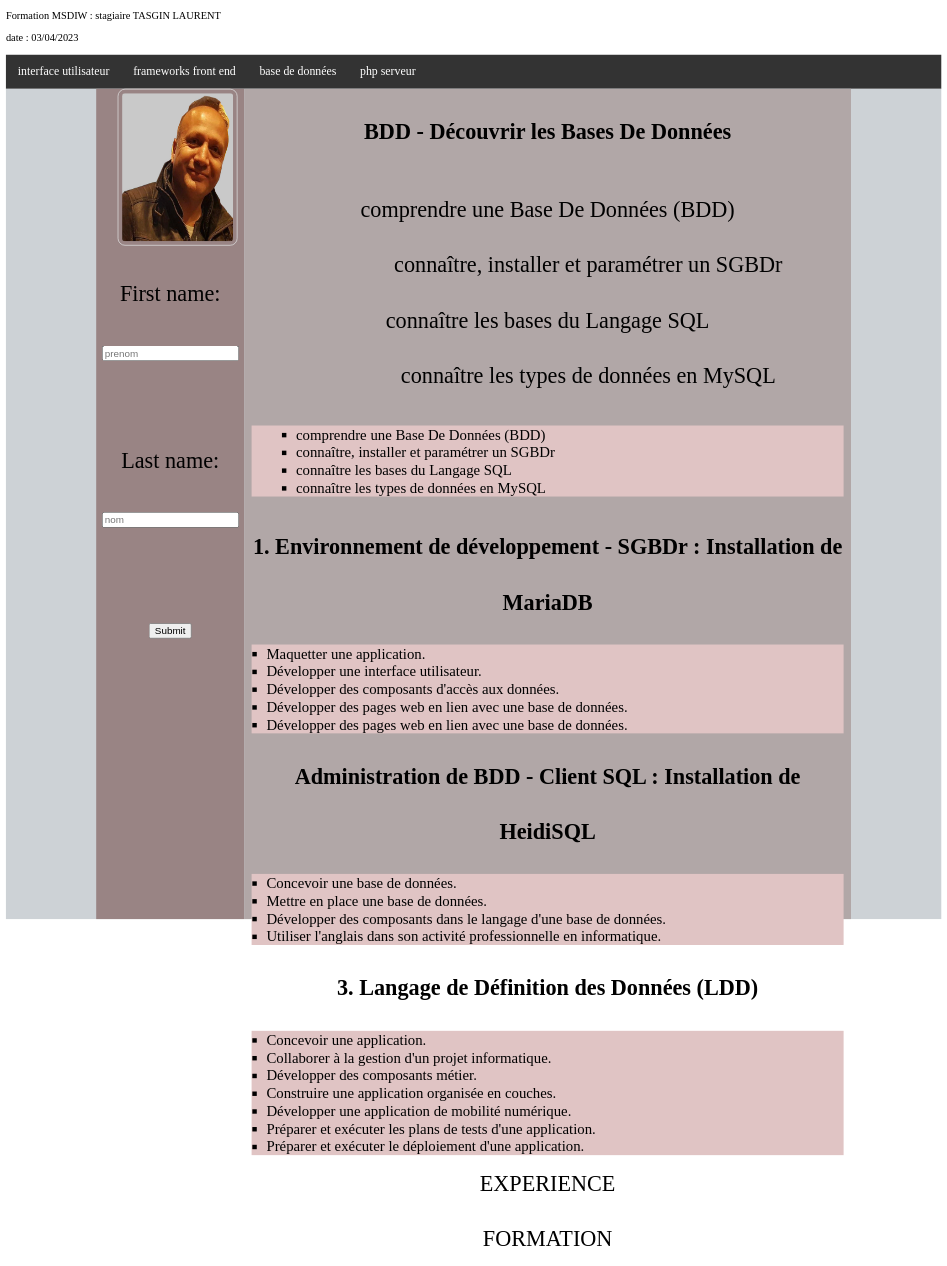
Repository: laurentbul/ApplicationEssai
Page: exercice/ex1/stagiaire_laurent/BACK/BDD/SQL/bdd1_alimenter.html
These files come from the project's save history. The page is drawn as it stood at one moment and after the next save; the edit follows.
The browser window is 1280 px wide. The pictures show the whole page, at 74% of full size.

Above is the page before, as saved 2023-04-06 06:11:07.

### exercice/ex1/stagiaire_laurent/BACK/BDD/SQL/bdd1_alimenter.html
<!DOCTYPE html>
<html lang="en">

<head>
  <meta charset="UTF-8">
  <meta http-equiv="X-UA-Compatible" content="IE=edge">
  <meta name="viewport" content="width=device-width, initial-scale=1.0">
  <link rel="icon" type="image/x-icon" sizes="30x30" href="../IMG/img.jpeg">
  <link rel="stylesheet" href="/FRONT/STATIQUE/CSS/msdiw.css">
  <title>Document</title>
  <style>
  </style>
</head>
</head>

<body>
  <p>Formation MSDIW : stagiaire TASGIN LAURENT</p>
  <p>date : 03/04/2023</p>
  <ul>
    <li><a href="./interface_utilisateur.html">interface utilisateur</a></li>
    <li><a href="./interface_utilisateur.html">frameworks front end</a></li>
    <li><a href="./interface_utilisateur.html">base de données</a></li>
    <li><a href="./interface_utilisateur.html">php serveur</a></li>
  </ul>
  <!-- <div>
        <input type="color" id="head" name="head" value="blue">
        <label for="head">Head</label>
    </div> -->
  <div class="flex-container">
    <div class="div_gauche">
      <img src="../IMG/img.jpeg" alt="photo d'identité" width="200" height="200">
      <form action="/action_page.php">
        <label for="fname">First name:</label>
        <input type="text" id="fname" name="fname" placeholder="prenom"><br><br>
        <label for="lname">Last name:</label>
        <input type="text" id="lname" name="lname" placeholder="nom"><br><br>
        <input type="submit" value="Submit">
      </form>
    </div>
    <div class="div_droite">
      <div>

        <h1>BDD - Découvrir les Bases De Données</h1>

        <dl>
            <dt>comprendre une Base De Données (BDD)</dt>
            <dd>connaître, installer et paramétrer un SGBDr</dd>
            <dt>connaître les bases du Langage  SQL</dt>
            <dd>connaître les types de données  en MySQL</dd>
        </dl>

        <ol class="paragraphe">
            <li class="competence" >comprendre une Base De Données (BDD)</li>
            <li class="competence" >connaître, installer et paramétrer un SGBDr</li>
            <li class="competence" >connaître les bases du Langage  SQL</li>
            <li class="competence" >connaître les types de données  en MySQL</li>
        </ol>



        <h1 class="titre">1. Environnement de développement - SGBDr : Installation de MariaDB</h1>
        <ul class="paragraphe" >
          <li class="competence"> Maquetter une application.</li>
          <li class="competence"> Développer une interface utilisateur.</li>
          <li class="competence"> Développer des composants d'accès aux données.</li>
          <li class="competence"> Développer des pages web en lien avec une base de données.</li>
          <li class="competence"> Développer des pages web en lien avec une base de données.</li>
        </ul>
        <h1 class="titre">Administration de BDD - Client SQL : Installation de HeidiSQL</h1>
        <ul class="paragraphe" >
          <li class="competence">Concevoir une base de données.</li>
          <li class="competence">Mettre en place une base de données.</li>
          <li class="competence">Développer des composants dans le langage d'une base de données.</li>
          <li class="competence"> Utiliser l'anglais dans son activité professionnelle en informatique.</li>
        </ul>
        <h1 class="titre">3. Langage de Définition des Données (LDD)</h1>
        <ul class="paragraphe">
          <li class="competence"> Concevoir une application.</li>
          <li class="competence"> Collaborer à la gestion d'un projet informatique.</li>
          <li class="competence"> Développer des composants métier.</li>
          <li class="competence"> Construire une application organisée en couches.</li>
          <li class="competence"> Développer une application de mobilité numérique.</li>
          <li class="competence"> Préparer et exécuter les plans de tests d'une application.</li>
          <li class="competence"> Préparer et exécuter le déploiement d'une application.</li>
        </ul>
      </div>
      <div>EXPERIENCE</div>
      <div>FORMATION</div>
    </div>
</body>

</html>

### exercice/ex1/stagiaire_laurent/FRONT/STATIQUE/CSS/msdiw.css
.corps{
    background-color: rgb(201, 149, 71);
    width:900px;
    border: 1px;
  margin-top: 10px;
  margin-left: auto;
  margin-right: auto;
  padding:50px;
}
.paragraphe{
    background-color: #e0c4c4;
    line-height:80%;
    list-style-type:square;
}
.competence{
    font-size: 20px;
    margin-left: 20px;
    float:none;
    text-align:left;
}

dd {
  display: block;
  margin-left: 110px;
}
h1 {
    font-size: 30px;
  }

  h2 {
    font-size: 30px;
  }

  p {
    font-size: 14px;
  }

.flex-container {
    display: flex;
    flex-direction: row;
    background-color: rgb(205, 210, 214);
  }

  .flex-container > div {

    text-align: center;
    line-height: 75px;
    font-size: 30px;
  }

  .div_gauche{
    background-color: #998484;
    width: 200px;
    margin-left: auto;
    height: 1122px; ;
  }
  .div_droite{
    background-color: #b1a7a7;
    width: 800px;
    height: 1122px;
    margin-right: auto;
    padding-left: 10px;
    padding-right: 10px;
  }

ul {
    list-style-type: none;
    margin: 0;
    padding: 0;
    overflow: hidden;
    background-color: #333;
}

li {
    float: left;
}

li a {
    display: block;
    color: white;
    text-align: center;
    padding: 14px 16px;
    text-decoration: none;
}

li a:hover {
    background-color: #111;
}

.meta{
    /* background-color: rgb(168, 161, 166); */
    width: 900px;
}
.title{
    /* background-color: rgb(221, 219, 214); */
    width: 600px;
}
.utf8{
    /* background-color: rgb(198, 204, 207); */
    width: 600px;
}
.image{
    /* background-color: rgb(198, 204, 207); */
    width: 600px;
}
.css{
    /* background-color: rgb(198, 204, 207); */
    width: 600px;
}
img {
    border: 1px solid #ddd;
    border-radius: 10px;
    padding: 5px;
    width: 150px;
    margin-left: 20px;

  }

After the next save:
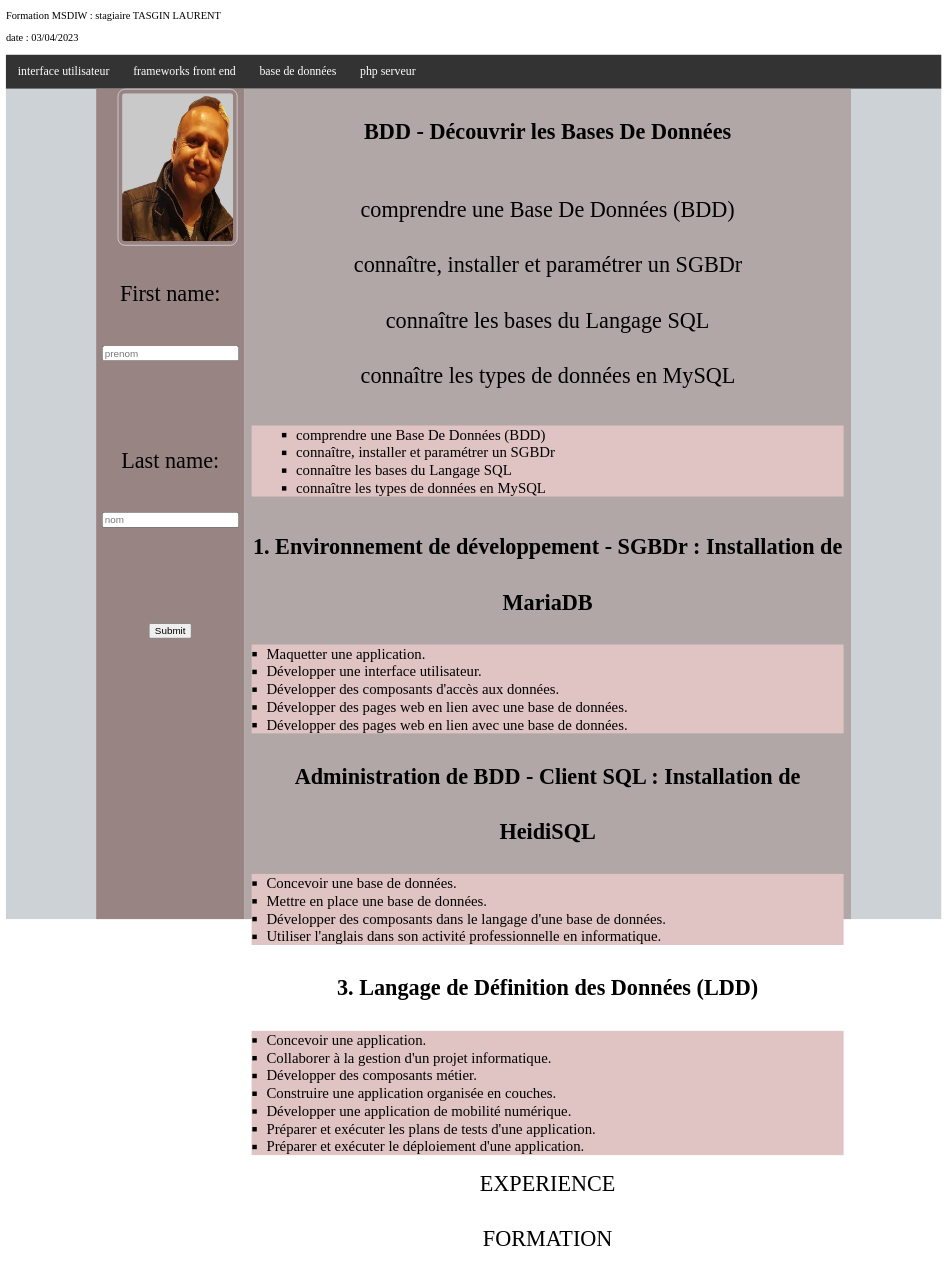
Saved 41 s later.
--- a/exercice/ex1/stagiaire_laurent/FRONT/STATIQUE/CSS/msdiw.css
+++ b/exercice/ex1/stagiaire_laurent/FRONT/STATIQUE/CSS/msdiw.css
@@ -21,7 +21,7 @@
 
 dd {
   display: block;
-  margin-left: 110px;
+  margin-left: 1px;
 }
 h1 {
     font-size: 30px;
